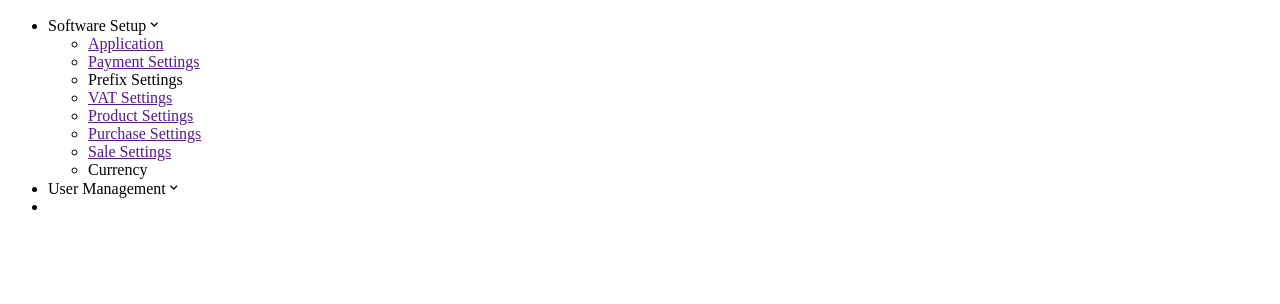
Repository: codebyaddro/pos-settings
Page: settings.html
An editor plug-in stored every save of this project. The page is shown before and after a run of saves, followed by the edit.
The browser window is 1280 px wide. The pictures show the whole page.

Above is the page before, as saved 2025-02-16 13:26:58.

After the next 2 saves:
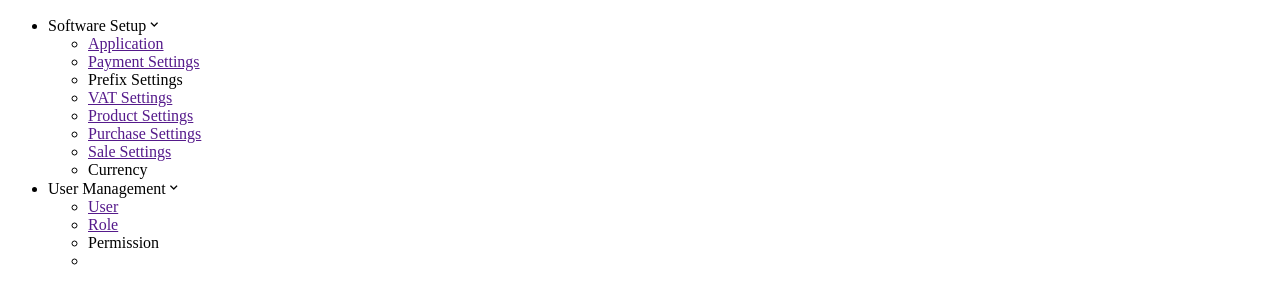
The 2 saves are shown as one change because they came seconds apart.
The last was saved 4 s later.
--- a/settings.html
+++ b/settings.html
@@ -28,6 +28,10 @@
                 </li>
                 <li>
                     User Management<i class='bx bx-chevron-down'></i>
+                    <ul>
+                        <li><a href="">User</a></li>
+                        <li><a href="">Role</a></li>
+                        <li><a href=""></a>Permission</li>
                 </li>
                 <li><a href=""></a></li>
             </ul>
